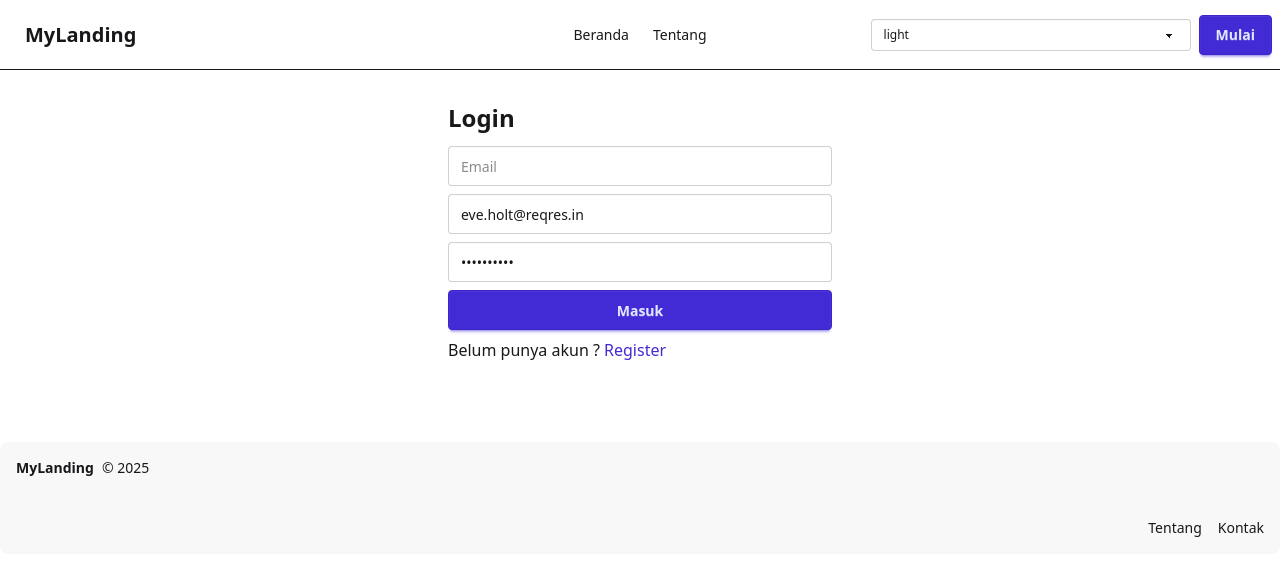
Repository: khulqu15/reactjs-learn
Page: /login (app in day3/)
These files come from the project's save history. The page is drawn as it stood at one moment and after the next save; the edit follows.
The browser window is 1280 px wide. The pictures show the whole page.
The project was rebuilt for these pictures with package versions that can differ from the ones it lists, and the page was loaded fresh each time. Also part of the build but not shown: day3/vite.config.js, day3/src/components/Hero.jsx, day3/src/pages/Home.jsx, day3/src/pages/About.jsx, day3/src/routes/ProtectedRoute.jsx, day3/src/pages/Register.jsx, day3/src/pages/Weather.jsx.

Above is the page before, as saved 2025-09-25 00:21:40.

After the next save:
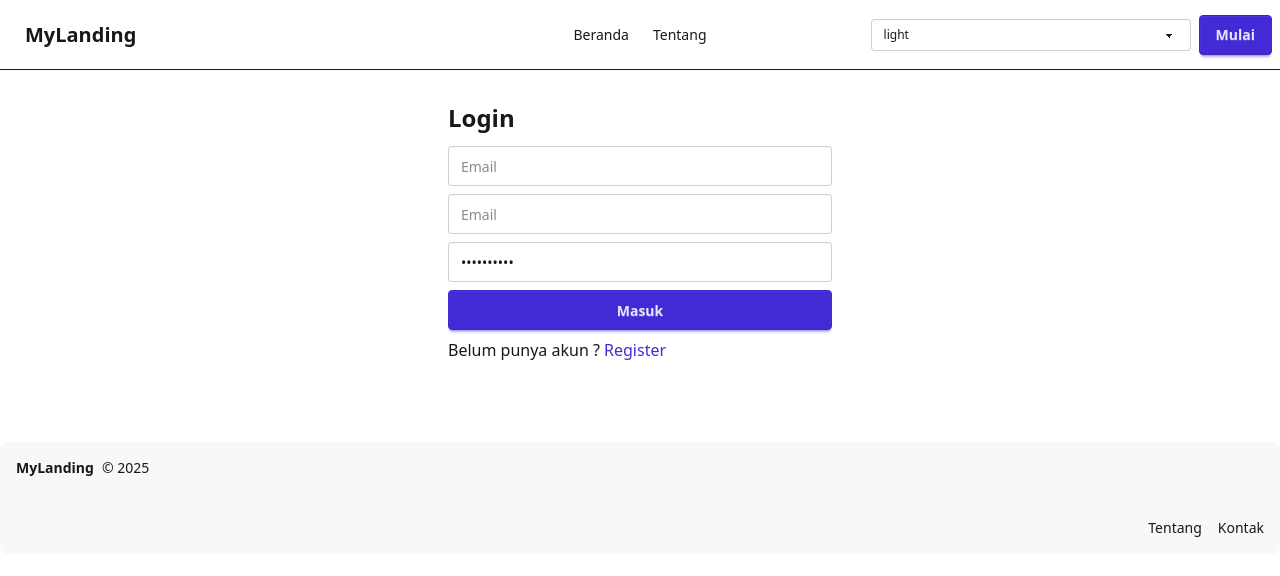
Saved 3 s later.
--- a/day3/src/pages/Login.jsx
+++ b/day3/src/pages/Login.jsx
@@ -5,7 +5,7 @@ import { useNavigate } from "react-router-dom";
 
 export default function Login() {
   const [usermame, setUsername] = useState("");
-  const [email, setEmail] = useState("eve.holt@reqres.in");
+  const [email, setEmail] = useState("");
   const [password, setPassword] = useState("cityslicka");
   const [loading, setLoading] = useState(false);
   const [err, setErr] = useState("");
